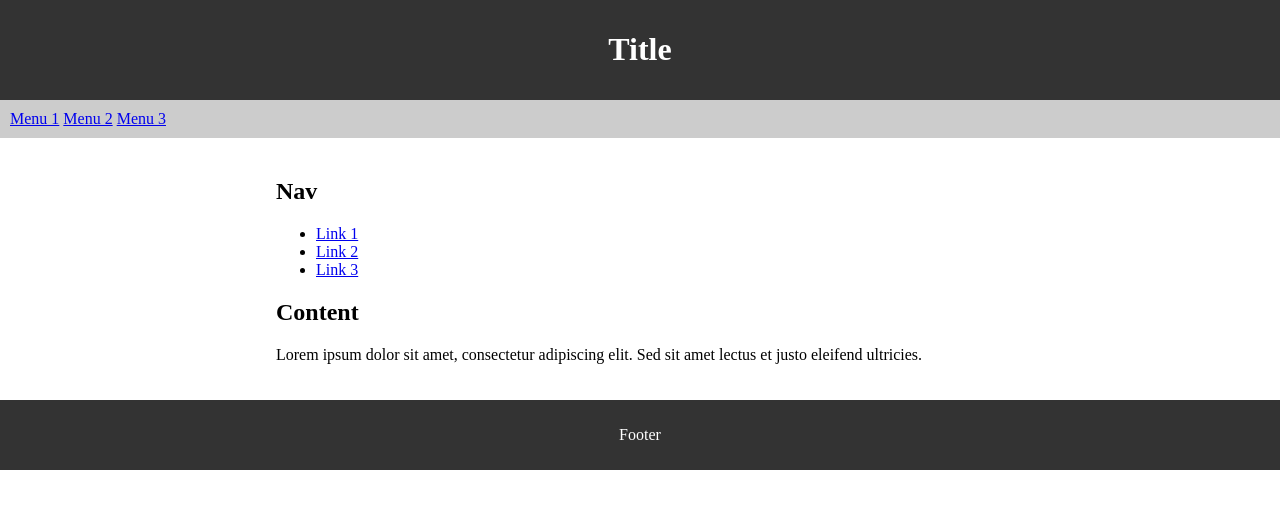
Repository: G1tHub-zer0/BTTH
Page: BTCSS/bai21.html
These files come from the project's save history. The page is drawn as it stood at one moment and after the next save; the edit follows.
The browser window is 1280 px wide. The pictures show the whole page.

Above is the page before, as saved 2024-03-22 20:19:09.

### BTCSS/bai21.html
<!DOCTYPE html>
<html lang='en'>

<head>
    <meta charset='UTF-8'>
    <meta http-equiv='X-UA-Compatible' content='IE=edge'>
    <meta name='viewport' content='width=device-width, initial-scale=1.0'>
    <link rel='stylesheet' href='bai21.css'>
    <title></title>
</head>

<body>
    <header>
        <h1>Title</h1>
    </header>
    <nav>
        <a href="#">Menu 1</a>
        <a href="#">Menu 2</a>
        <a href="#">Menu 3</a>
    </nav>
    <section>
        <div class="sidebar">
            <h2>Nav</h2>
            <ul>
                <li><a href="#">Link 1</a></li>
                <li><a href="#">Link 2</a></li>
                <li><a href="#">Link 3</a></li>
            </ul>
        </div>
        <div class="content">
            <h2>Content</h2>
            <p>Lorem ipsum dolor sit amet, consectetur adipiscing elit. Sed sit amet lectus et justo eleifend ultricies.
            </p>
        </div>
    </section>
    <footer>
        <p>Footer</p>
    </footer>

</body>

</html>

### BTCSS/bai21.css
body {
  margin: 0;
  padding: 0;
  box-sizing: border-box;
}
/* Layout 1, 2, 3 */
header {
  background-color: #333;
  color: #fff;
  padding: 10px;
  text-align: center;
}

nav {
  background-color: #ccc;
  padding: 10px;
}

nav ul {
  list-style: none;
  padding: 0;
  margin: 0;
}

nav ul li {
  display: inline-block;
  margin-right: 10px;
}

nav ul li a {
  text-decoration: none;
  color: #333;
}

aside {
  background-color: #ddd;
  padding: 10px;
  float: left;
  width: 20%;
}

section {
  padding: 20px;
  margin-left: 20%;
}

footer {
  background-color: #333;
  color: #fff;
  padding: 10px;
  text-align: center;
}

After the next save:
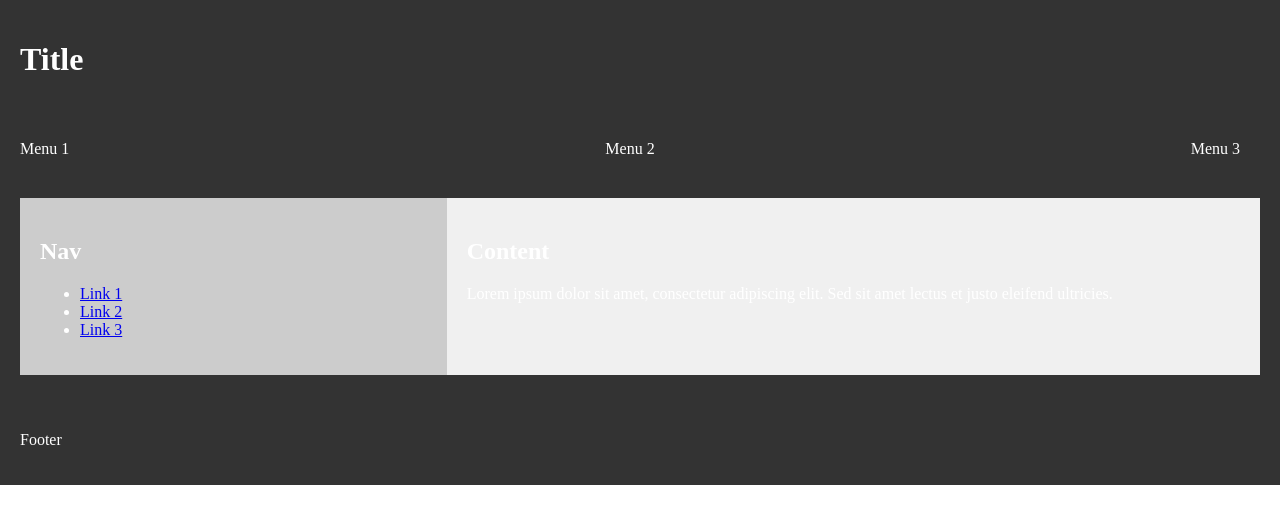
Saved 4 s later.
--- a/BTCSS/bai21.css
+++ b/BTCSS/bai21.css
@@ -4,49 +4,45 @@ body {
   box-sizing: border-box;
 }
 /* Layout 1, 2, 3 */
-header {
+
+header,
+nav,
+section,
+footer {
+  padding: 20px;
   background-color: #333;
   color: #fff;
-  padding: 10px;
-  text-align: center;
 }
 
 nav {
-  background-color: #ccc;
-  padding: 10px;
+  display: flex;
+  justify-content: space-between;
 }
 
-nav ul {
-  list-style: none;
-  padding: 0;
-  margin: 0;
+nav a {
+  color: #fff;
+  text-decoration: none;
+  margin-right: 20px;
 }
 
-nav ul li {
-  display: inline-block;
-  margin-right: 10px;
-}
-
-nav ul li a {
-  text-decoration: none;
-  color: #333;
-}
-
-aside {
-  background-color: #ddd;
-  padding: 10px;
-  float: left;
-  width: 20%;
+nav a:hover {
+  color: #ccc;
 }
 
 section {
-  padding: 20px;
-  margin-left: 20%;
+  display: flex;
+  flex-wrap: wrap;
+  justify-content: space-between;
 }
 
-footer {
-  background-color: #333;
-  color: #fff;
-  padding: 10px;
-  text-align: center;
+.content {
+  flex: 2;
+  background-color: #f0f0f0;
+  padding: 20px;
 }
+
+.sidebar {
+  flex: 1;
+  background-color: #ccc;
+  padding: 20px;
+}
